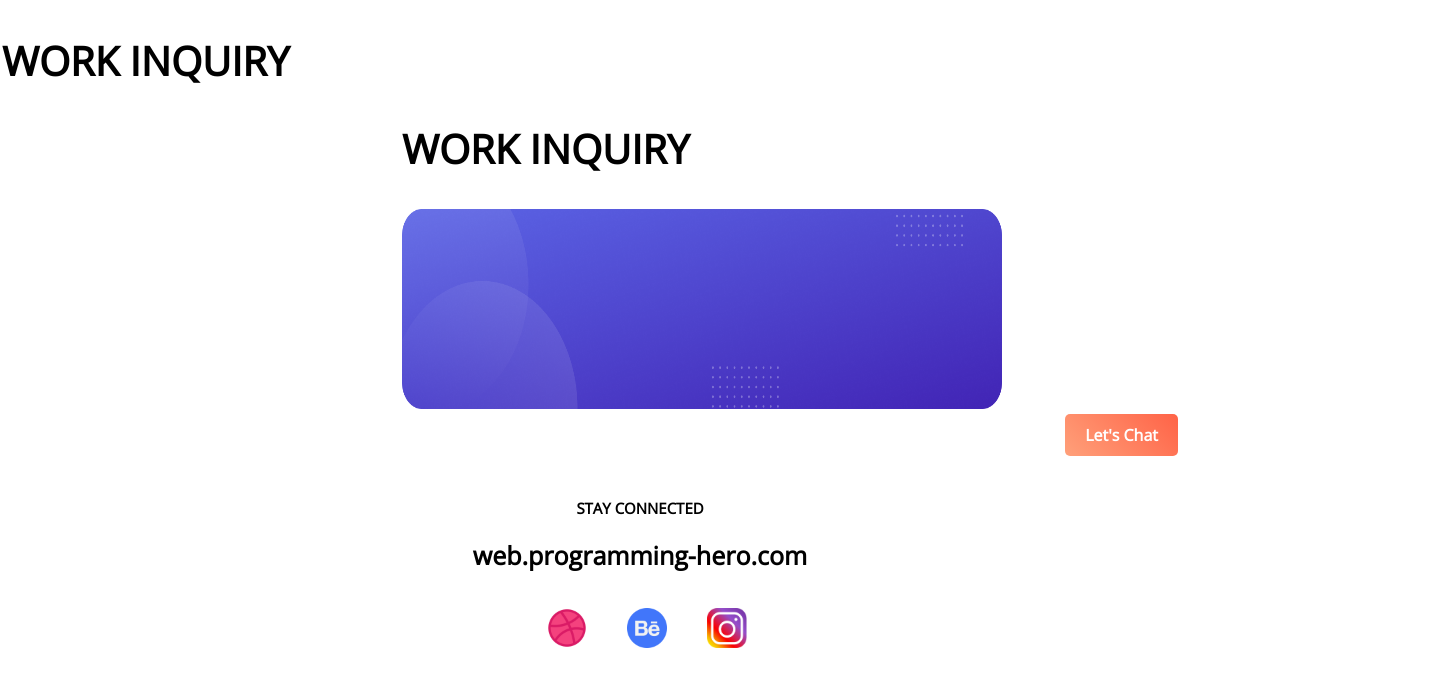
Repository: sabbircse3/personal-website
Page: index.html
The author's editor kept a copy of each file at every save. The page is drawn from the files as they stood at one save, then again after the next save.
The browser window is 1280 px wide. The page is 1442 px wide, so the pictures cover 1442 px, including what lies to the right of the window. The pictures show the part of the page from y = 2386 to 3069 px (the page is 3069 px tall before and 3036 px after).

Above is the page before, as saved 2021-01-06 04:00:38.

### index.html
<!DOCTYPE html>
<html lang="en">
<head>
    <title>personal-website</title>
    <link rel="preconnect" href="https://fonts.gstatic.com">
    <link href="https://fonts.googleapis.com/css2?family=Open+Sans&display=swap" rel="stylesheet">
    <link rel="stylesheet" href="style.css">
</head>
<body>

        <div class="menu-1">
            <ul id="menu">
                <li><a href="#">Contact</a></li>
                <li><a href="#">Protfolio</a></li>
                <li><a href="#">Work</a></li>
                <li><a href="#">About</a></li>
            </ul>
        </div>


    <section class="top-banner ">
        <div class="half-width">
            <h1>HELLO, I'M <br> <span class="name-highlight">SABBIR HASAN</span></h1>
            <p>A full stack allaround designer that placerat in massa consectetur</p>
            <a class="link-button" target="_blank" href="https://www.linkedin.com/company/programminghero/">HIRE ME</a>
        </div>

        <div class="half-width">
            <img src="images/sabbir1.png" alt="">
        </div>
    </section>

    <section class="about ">
        <div class="half-width">
            <img src="images/sabbir1.png" alt="">
        </div>

        <div class="half-width">
            <h2> ABOUT</h2>
            <p>Lorem Ipsum is simply dummy text of the printing and typesetting industry. Lorem Ipsum has been the industry's standard dummy text ever since the 1500s, when an unknown printer took a galley of type and scrambled it to make a type specimen book.</p>
            <a class="link-button" target="_blank" href="https://www.linkedin.com/company/programminghero/">Download CV</a>
        </div>

    </section>

    <section class="experience-area">
        <h2 id="head-center"><span class="name-highlight">LASTET</span> WORKING PROJECT</h2>
        <div id="first-project" class="half-width single-experience">
            <img  src="images/image 4.png" alt="" class="center">
            <h3>Power-x-gym (gym website)</h3>
            <p>Lorem Ipsum is simply dummy text of the printing and typesetting industry.</p>

        </div>

        <div id="next-project" class="half-width single-experience">
            <img src="images/image 5.png" alt="" class="center">
            <h3>Creative Agency</h3>
            <p>Lorem Ipsum is simply dummy text of the printing and typesetting industry.</p>

        </div>

        <div id="next-project" class="half-width single-experience">
            <img src="images/image 8.png" alt="" class="center">
            <h3>Hard Rock Music</h3>
            <p>Lorem Ipsum is simply dummy text of the printing and typesetting industry.</p>

        </div>

    </section>



    <section class="education">
        <h1> <span class="name-highlight">EDU</span>CATION</h1>
        <div id="bachelor" class="half-width single-experience">
            <h3>Bachelor of Science in Computer Science</h3>
            <h3 class="blue-highlight">Khwaja Yunus Ali University</h3>
            <h3 class="orange-highlight">2016-2020</h3>
            <p>It is a reputaed private university in this country Bangladesh.</p>
        </div>

        <div id="others" class="half-width single-experience">
            <h3>Higher School Certificate</h3>
            <h3 class="blue-highlight">Bhagopara Shahid Dhanesh Uddin School and Collage</h3>
            <h4 class="orange-highlight">2014-2016</h4>
            <p>It is one of the best collage in our north said of country</p>
        </div>

		<div id="others" class="half-width single-experience">
            <h3>Secoundary School Certificate</h3>
            <h3 class="blue-highlight">Rajapur High School</h3>
            <h4 class="orange-highlight">2009-2014</h4>
            <p>This school is one of the best school in my native area where i was bron.</p>
        </div>

    </section>


    <section>
        <div class="lowest-banner">
            <h2>WORK INQUIRY </h2>
        </div>
        <div class="low-mid">
            <h2 class="lowest-banner">WORK INQUIRY </h2>
            <img src="images/Group_33094_1.png" width="600px" height="200px">
        </div>
        <div>
            <a class="chat-button" target="_blank" href="https://www.linkedin.com/company/programminghero/">Let's Chat</a>
        </div>

    </section>


    <footer>
        <h3>STAY CONNECTED</h3>
        <h2>web.programming-hero.com</h2>
        <div class="chat">
            <div class=" chat-experience">
                <img  src="images/image 6.png" alt="" class="center">
            </div>

            <div  class=" chat-experience">
                <img src="images/Group 33059.png" alt="" class="center">
            </div>

            <div  class=" chat-experience">
                <img src="images/image 7.png" alt="" class="center">
            </div>
        </div>

    </footer>




</body>
</html>

### style.css
body{
    font-family: 'Open Sans', sans-serif;
    margin: 2px;
    font-style: normal;
}
.menu-1{
	height: 90px;
}
#menu{
	list-style-type:none;
	width:900px;
	margin:10px auto;
}
#menu li{
	float:right;
}
#menu li a{
	color:black;
	text-decoration:none;
	padding:5px 10px;
}

h1{
    font-size: 50px;
}
h2{
    font-size: 40px;
}

.name-highlight{
    color: #FF8367;
}
.top-banner{

}
.half-width{
    width: 35%;
    float: left;
    margin-left: 5%;
    padding-left: 2%;
}
.half-width img{
    width: 100%;
}
section{
    height: 450px;
}
.link-button{
    text-decoration: none;
    background-image: linear-gradient(45deg, lightSalmon, tomato);
    padding: 10px 20px;
    border-radius: 5px;
    color: white;
    font-weight: 700;
}
#head-center{
    text-align: center;
    margin: 80px;
    padding: 50px;
}
.experience-area{
    background-color: #E5E5E5;
    background-position: left;
    width: 1440px;
    height: 814px;
}
.center {
    display: block;
    margin-left:-15px;
    margin-top: 15px;
    width: 50%;
  }
.orange-highlight{
    color: orange;
}
.single-experience{
    box-shadow: 0px 4px 4px rgba(0, 0, 0, 0.25);
    border-radius: 10px;
	height: 45%;
	width: 23%;
}
#first-project{
    background-color: white;
}
#next-project{
	background-color: white;
}

.education{
    background-image: url("images/exp-bg.png");
    background-repeat: no-repeat;
    background-position: left;
}
#bachelor{
    border-left: 7px solid;
    border-image: linear-gradient(180deg, lightSalmon, tomato);
    border-image-slice: 1;
    background-color: white;
    height: 55%;
	width: 25%;
}
#others{
    border-left: 7px solid;
    border-image: linear-gradient(180deg, blue, cyan);
    border-image-slice: 1;
    height: 55%;
	width: 25%;
}
.blue-highlight{
    color:rgba(0, 0, 139, 0.705);
}
.lowest-banner{
  margin-top: 00px;

}
.low-mid{
    margin-left: 400px;
}
.chat-button{
    text-decoration: none;
    background-image: linear-gradient(45deg, lightSalmon, tomato);
    padding: 10px 20px;
    margin-right: 100px;
    border-radius: 5px;
    color: white;
    font-weight: 700;
    float: right;
}

footer h2{
    text-align: center;
    font-size: 25px;
}
footer h3{
    text-align: center;
    font-size: 15px;
}
.chat{
    margin-left: 560px;
}
.chat-experience{
	height: 90px;
    width: 80px;
    display: block;
    float:left;
}

After the next save:
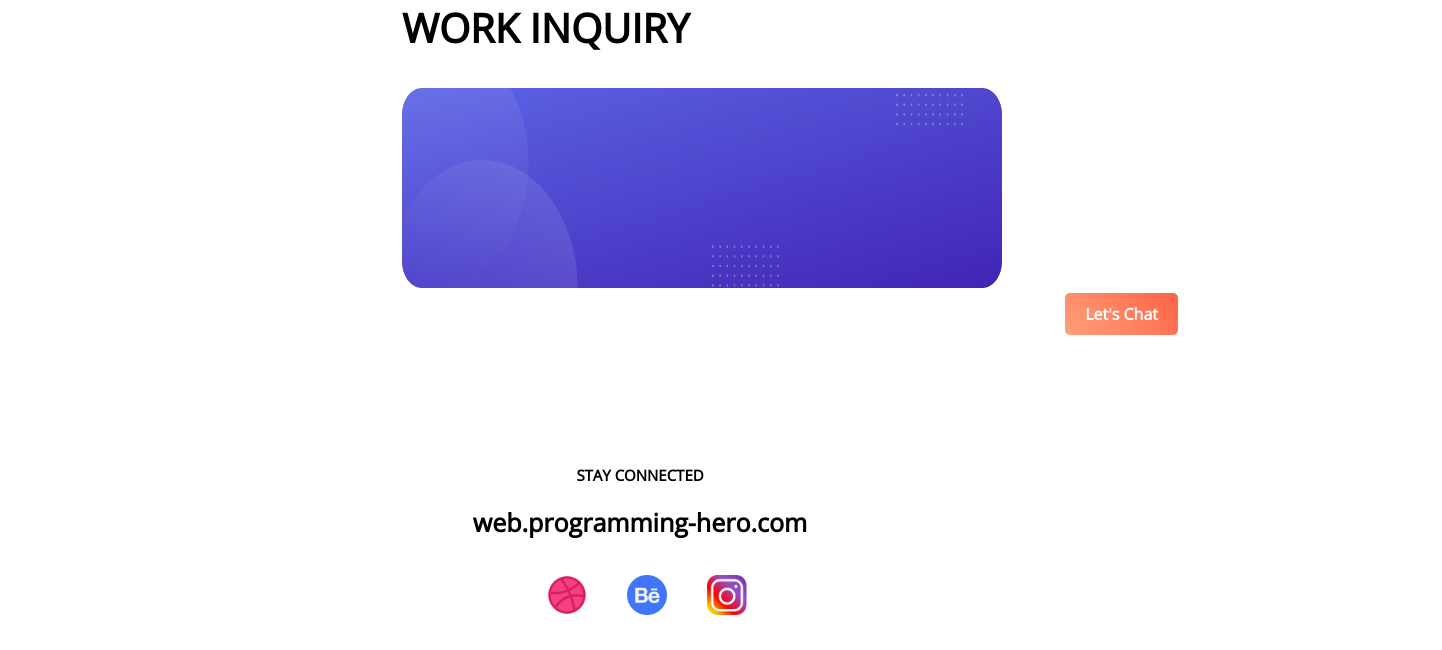
Saved 7 s later.
--- a/index.html
+++ b/index.html
@@ -97,9 +97,7 @@
 
 
     <section>
-        <div class="lowest-banner">
-            <h2>WORK INQUIRY </h2>
-        </div>
+
         <div class="low-mid">
             <h2 class="lowest-banner">WORK INQUIRY </h2>
             <img src="images/Group_33094_1.png" width="600px" height="200px">
